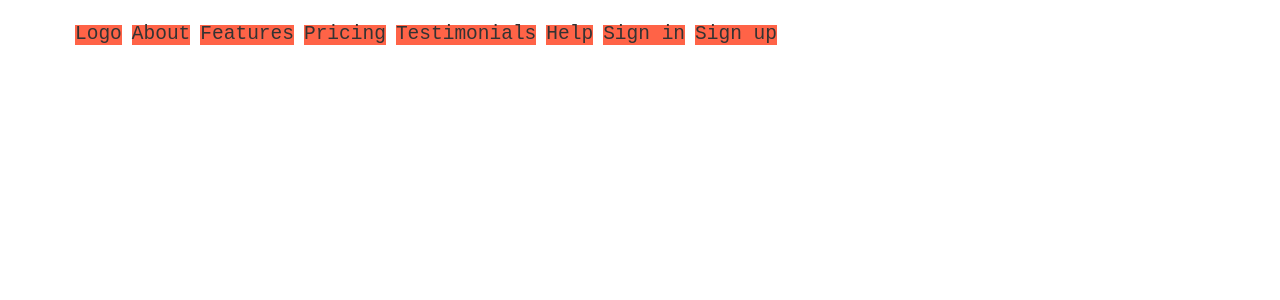
Repository: RaphaelMatheus-br/LP-251123
Page: index.html
The author's editor kept a copy of each file at every save. The page is drawn from the files as they stood at one save, then again after the next save.
The browser window is 1280 px wide. The pictures show the whole page.

Above is the page before, as saved 2023-11-25 11:10:54.

### index.html
<!DOCTYPE html>
<html lang="en">

<head>
    <meta charset="UTF-8">
    <meta name="viewport" content="width=device-width, initial-scale=1.0">
    <title>Document</title>
    <link rel="stylesheet" href="style.css">
</head>

<body>
    <section class="section">
        <div class="container">
<section class="container flex">
	<div class="item">Logo</div>
	<div class="item">About</div>
	<div class="item">Features</div>
	<div class="item">Pricing</div>
	<div class="item">Testimonials</div>
	<div class="item">Help</div>
	<div class="item">Sign in</div>
    <div class="item">Sign up</div>
        </div>
    </section>

</body>
</html>

### style.css
html, body, div, span, applet, object, iframe,
h1, h2, h3, h4, h5, h6, p, blockquote, pre,
a, abbr, acronym, address, big, cite, code,
del, dfn, em, img, ins, kbd, q, s, samp,
small, strike, strong, sub, sup, tt, var,
b, u, i, center,
dl, dt, dd, ol, ul, li,
fieldset, form, label, legend,
table, caption, tbody, tfoot, thead, tr, th, td,
article, aside, canvas, details, embed,
figure, figcaption, footer, header, hgroup,
menu, nav, output, ruby, section, summary,
time, mark, audio, video {
	margin: 0;
	padding: 0;
	border: 0;
	font-size: 100%;
	font: inherit;
	vertical-align: baseline;
    background: white;
}
/* HTML5 display-role reset for older browsers */
article, aside, details, figcaption, figure,
footer, header, hgroup, menu, nav, section {
	display: block;
}
body {
	line-height: 1;
}

ol, ul {
	list-style: none;
}
blockquote, q {
	quotes: none;
}
blockquote:before, blockquote:after,
q:before, q:after {
	content: '';
	content: none;
}
table {
	border-collapse: collapse;
	border-spacing: 0;
}

.container {
    max-width: 1140px;
    margin: 0 auto;
    position: relative;
    padding-top: 10px;
}

/* Flex */
.flex {
	display: flex;
}

.flex-wrap {
	flex-wrap: wrap;
}

.flex-item-1 {
	flex: 1;
}

/* Flex Item */
.item {
	margin: 5px;
	background: tomato;
	text-align: center;
	font-size: 1.5em;
}

h1 {
	text-align: center;
	margin: 20px 0 0 0;
	font-size: 1.25em;
	font-weight: normal;
}

body {
	font-family: monospace;
	color: #333;
}

After the next save:
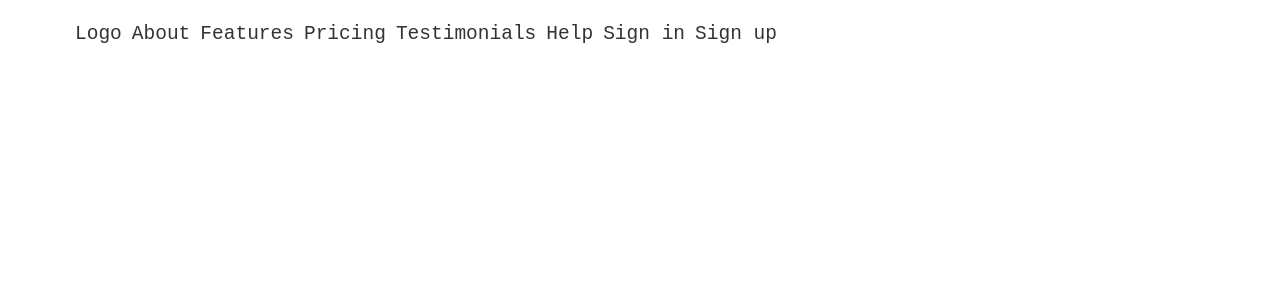
Saved 34 s later.
--- a/style.css
+++ b/style.css
@@ -67,7 +67,6 @@
 /* Flex Item */
 .item {
 	margin: 5px;
-	background: tomato;
 	text-align: center;
 	font-size: 1.5em;
 }
